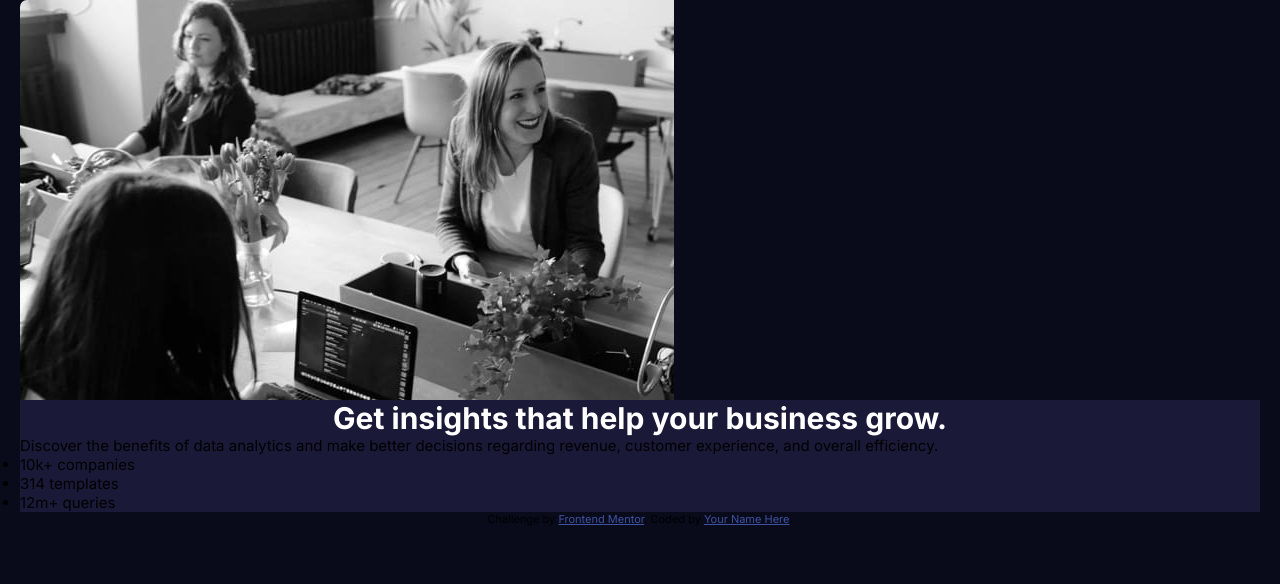
Repository: DejV44/stats-preview-card-component-main
Page: index.html
An editor plug-in stored every save of this project. The page is shown before and after the next save, followed by the edit.
The browser window is 1280 px wide. The pictures show the whole page.
The style sheet was rebuilt from its Sass, Less or Tailwind sources for each picture, by a compiler version that may differ from the author's.

Above is the page before, as saved 2021-07-04 23:30:09.

### index.html
<!DOCTYPE html>
<html lang="en">
<head>
  <meta charset="UTF-8">
  <meta name="viewport" content="width=device-width, initial-scale=1.0"> <!-- displays site properly based on user's device -->

  <link rel="icon" type="image/png" sizes="32x32" href="./images/favicon-32x32.png">
  <link rel="stylesheet" href="/css/style.css">


  <title>Frontend Mentor | Stats preview card component</title>
</head>
<body>
  <div class="container">
    <div class="picture">
      <div class="overlay"></div>
    </div>
    <div class="card">
      <h1>Get insights that help your business grow.</h1>

      <p>Discover the benefits of data analytics and make better decisions regarding revenue, customer
      experience, and overall efficiency.</p>

      <ul>
        <li>10k+ companies</li>
        <li>314 templates</li>
        <li>12m+ queries</li>
      </ul>
    </div>
  </div>


  <div class="attribution">
    Challenge by <a href="https://www.frontendmentor.io?ref=challenge" target="_blank">Frontend Mentor</a>.
    Coded by <a href="#">Your Name Here</a>.
  </div>
</body>
</html>

### css/style.scss
$mainBackground: hsl(233, 47%, 7%);
$cardBackground: hsl(244, 38%, 16%);
$accent: hsl(277, 64%, 61%);

$mainHeading: hsl(0, 0%, 100%);
$mainParagraph: hsla(0, 0%, 100%, 0.75);
$statHeadings: hsla(0, 0%, 100%, 0.6);

@import url("https://fonts.googleapis.com/css2?family=Inter:wght@400;700&display=swap");

@import url("https://fonts.googleapis.com/css2?family=Lexend+Deca&display=swap");

* {
  margin: 0;
  padding: 0;
  box-sizing: border-box;
}

body {
  font-family: "Inter", sans-serif;
  font-size: 15px;
  background-color: $mainBackground;

  .container {
    margin: 0 20px;
    border-radius: 7px;
    .picture {
      border-radius: 7px 7px 0 0;
      background: url("/images/image-header-mobile.jpg") no-repeat, center/cover;
      height: 400px;
    }

    .card {
        background: $cardBackground;
        h1 {
            color: $mainHeading;
            text-align: center;
        }
    }
  }

  .attribution {
    font-size: 11px;
    text-align: center;

    a {
      color: hsl(228, 45%, 44%);
    }
  }
}

After the next save:
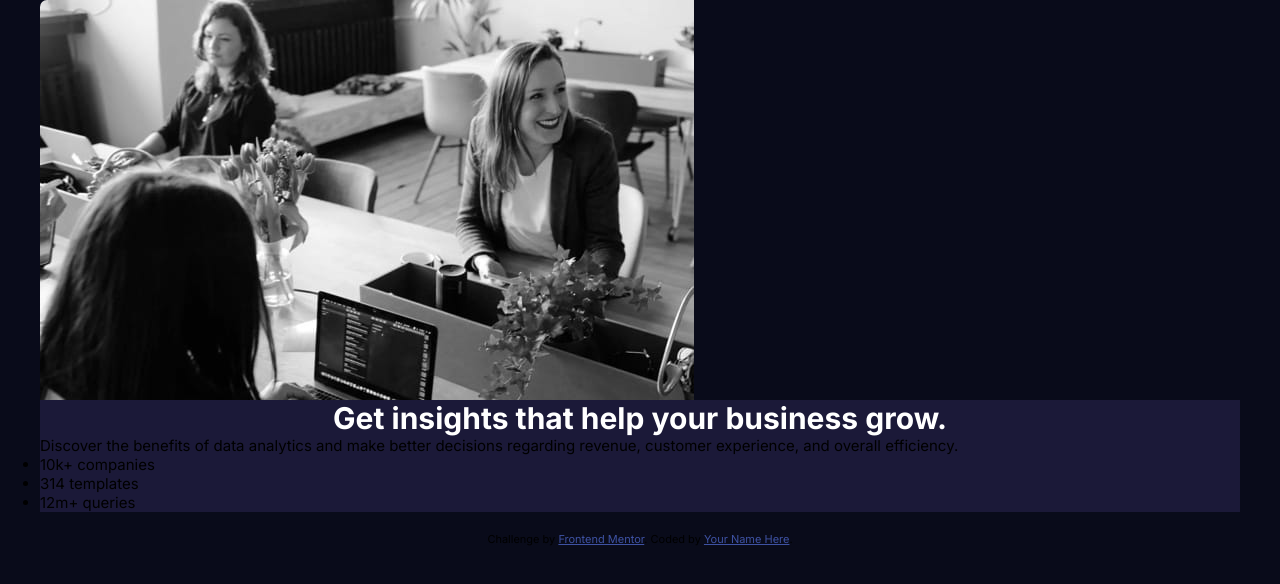
Saved 58 s later.
--- a/css/style.scss
+++ b/css/style.scss
@@ -24,6 +24,7 @@
   .container {
     margin: 0 20px;
     border-radius: 7px;
+    padding: 0 20px 20px 20px;
     .picture {
       border-radius: 7px 7px 0 0;
       background: url("/images/image-header-mobile.jpg") no-repeat, center/cover;

After the save that followed:
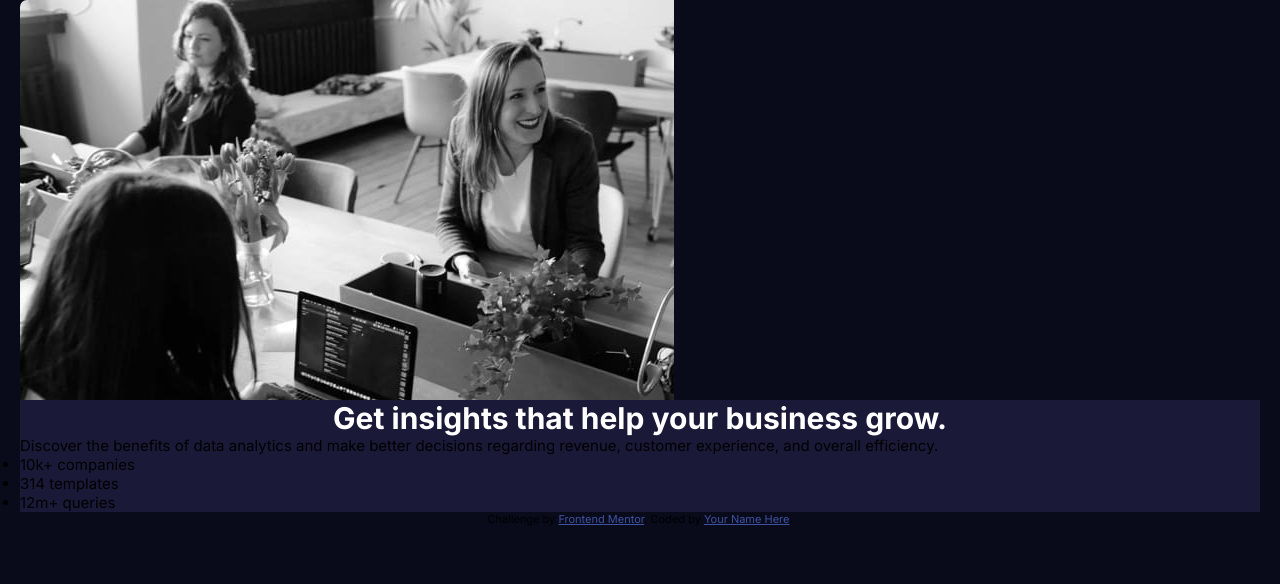
Saved 22 s later.
--- a/css/style.scss
+++ b/css/style.scss
@@ -23,8 +23,7 @@
 
   .container {
     margin: 0 20px;
-    border-radius: 7px;
-    padding: 0 20px 20px 20px;
+    border-radius: 10px;
     .picture {
       border-radius: 7px 7px 0 0;
       background: url("/images/image-header-mobile.jpg") no-repeat, center/cover;
